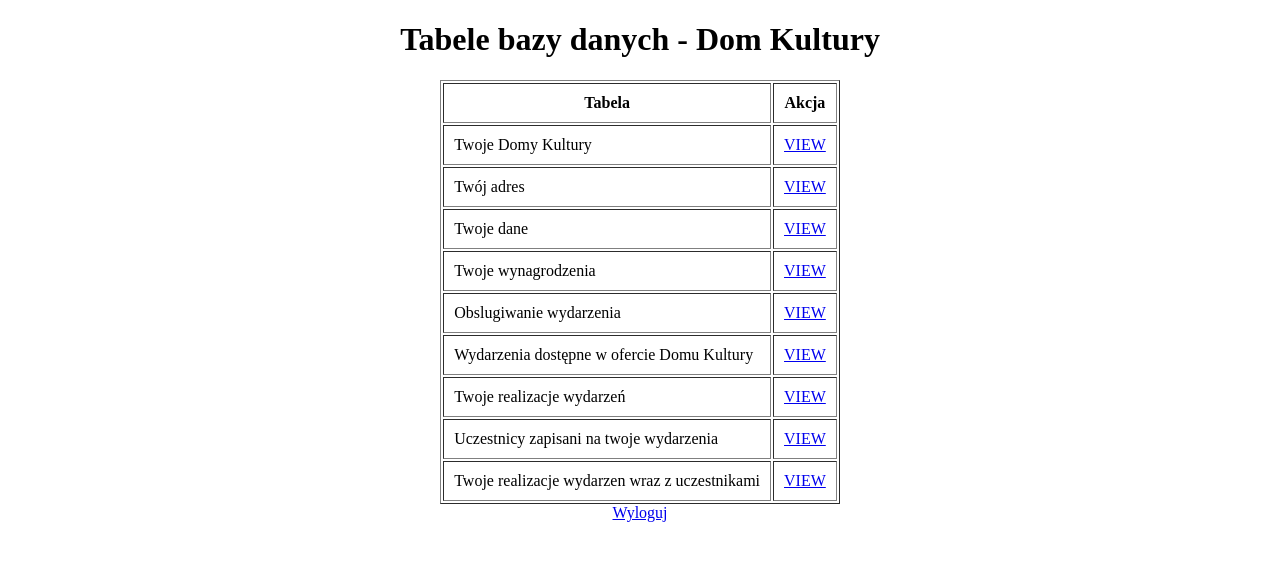
Repository: marcinRuta/houseOfCulture-crud-webapp-database
Page: http://localhost/ptables
The author's editor kept a copy of each file at every save. The page is drawn from the files as they stood at one save, then again after the next save.
The browser window is 1280 px wide. The pictures show the whole page.
The page is this project's Thymeleaf template; nobody is signed in. The template is opened directly, without the code that normally fills it, so the values that code supplies are empty.

Above is the page before, as saved 2021-01-09 13:49:14.

After the next save:
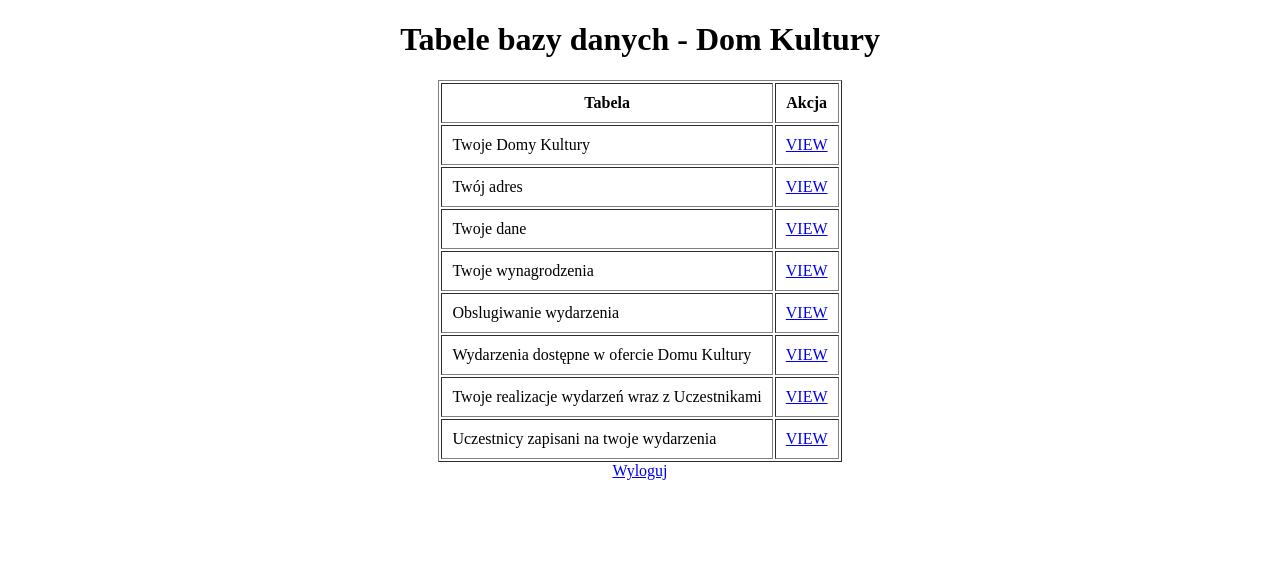
Saved 2 min 44 s later.
--- a/DomKultury/src/main/resources/templates/ptables.html
+++ b/DomKultury/src/main/resources/templates/ptables.html
@@ -49,7 +49,7 @@
 					<td><a href="/v/W">VIEW</a></td>
 				</tr>
 				<tr>
-					<td>Twoje realizacje wydarzeń</td>
+					<td>Twoje realizacje wydarzeń wraz z Uczestnikami</td>
 					<td><a href="/v/RW">VIEW</a></td>
 				</tr>
 				<tr>
@@ -57,12 +57,6 @@
 					<td><a href="/v/U">VIEW</a></td>
 				</tr>
 
-				<!-- Do zrobienia -->
-
-				<tr>
-					<td>Twoje realizacje wydarzen wraz z uczestnikami</td>
-					<td><a href="/v/RWU">VIEW</a></td>
-				</tr>
 			</tbody>
 		</table>
 
